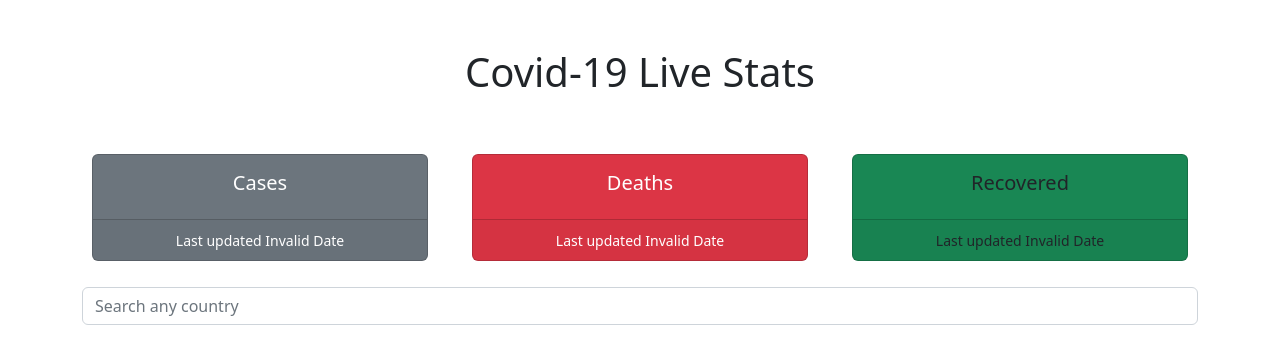
Repository: azizdeghais/CovidTracker
Page: /
An editor plug-in stored every save of this project. The page is shown before and after the next save, followed by the edit.
The browser window is 1280 px wide. The pictures show the whole page.
The page's requests for data from a server got no answer. The project was rebuilt for these pictures with package versions that can differ from the ones it lists, and the page was loaded fresh each time. No one was signed in, and anything a server would have sent is missing. Also part of the build but not shown: vite.config.js.

Above is the page before, as saved 2023-03-09 16:38:10.

After the next save:
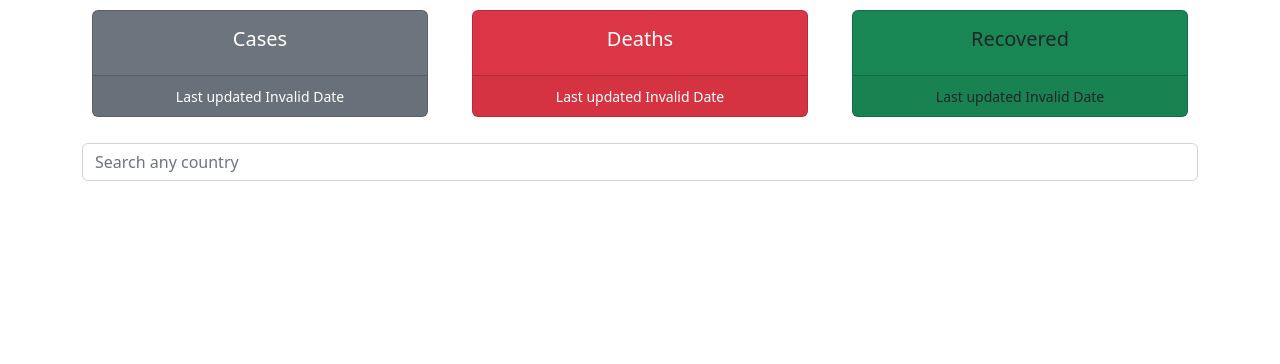
Saved 28 s later.
--- a/src/App.jsx
+++ b/src/App.jsx
@@ -8,6 +8,7 @@ import Stack from 'react-bootstrap/Stack';
 import Form from 'react-bootstrap/Form';
 
 import './App.css'
+import { Nav } from 'react-bootstrap';
 
 
 function App() {
@@ -73,7 +74,9 @@ function App() {
 
   return (
     <Container>
-      <h1 className='text-center mb-5 mt-5'>Covid-19 Live Stats</h1>
+
+      <Nav/>
+
       <Row className='mb-3'>
         <Col>
           <Card className='text-center' bg='secondary' text='white' style={{margin:'10px'}} >
